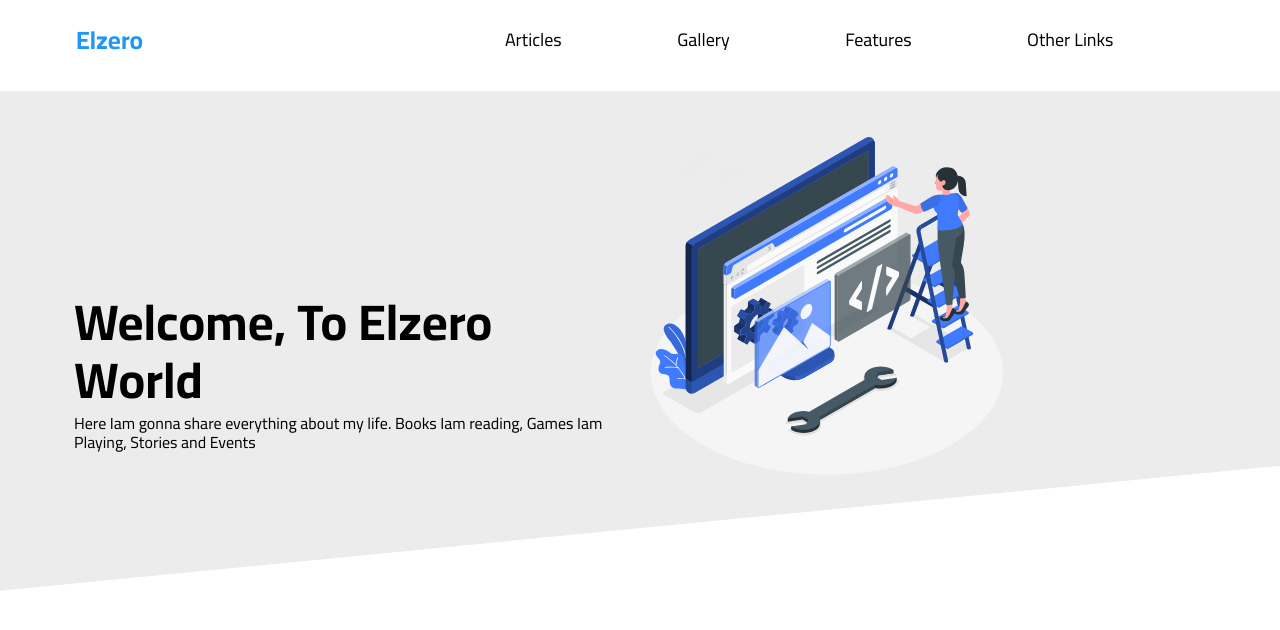
Repository: Toqa-25/elzeroAcdemey-Templete
Page: index.html
The author's editor kept a copy of each file at every save. The page is drawn from the files as they stood at one save, then again after a run of saves.
The browser window is 1280 px wide. The pictures show the whole page.

Above is the page before, as saved 2022-01-16 21:42:21.

### index.html
<!DOCTYPE html>
<html lang="en">
<head>
    <meta charset="UTF-8">
    <meta http-equiv="X-UA-Compatible" content="IE=edge">
    <meta name="viewport" content="width=device-width, initial-scale=1.0">
    <!-- normalize file -->
    <link rel="stylesheet" href="css/normalize.css">
    <!-- css files -->
    <link rel="stylesheet" href="css/style.css">
    <!-- fontAwosem file -->
    <link rel="stylesheet" href="css/all.min.css">
     <!-- font files -->
     <link rel="preconnect" href="https://fonts.googleapis.com">
    <link rel="preconnect" href="https://fonts.gstatic.com" crossorigin>
    <link href="https://fonts.googleapis.com/css2?family=Cairo:wght@200;400;700;800;900&display=swap" rel="stylesheet">
    <!-- page title -->
    <title>templete 3</title>
</head>
<body>
    <!-- header section -->
    <header id="" class="">
        <div class="container">
            <div class="header-content">
                <div class="header-content-logo">
                    <a href="index.html" class="logo link-none">Elzero</a>
                </div>
                <nav>
                    <ul class="nav-list unlist">
                        <li class="nav-list-item"> <a href="" class="link-none  link-style" id="articles">articles</a></li>
                        <li class="nav-list-item"> <a href="" class="link-none  link-style" id="gallery">gallery</a></li>
                        <li class="nav-list-item"> <a href="" class="link-none  link-style" id="features">features</a></li>
                        <li class="nav-list-item" id="parent-other-links"> <a href="javascript:;" class="link-none  link-style " >other links</a>
                            <div class="other-links " id="child-other-links">
           <div class="other-links-content">
            <div class="other-links-content-img">
                <img src="images/header/Video files-amico.svg" alt="">
            </div>

            <ul class="other-links-list unlist">
            <div class="other-links-list-group-one">
              <li id="" class="other-links-list-item"><a href="" class="link-none  link-style "><i class="far fa-comments"></i> testimonials</a></li>
              <li id="" class="other-links-list-item"><a href="" class="link-none  link-style "><i class="far fa-user"></i> team member</a></li>
              <li id="" class="other-links-list-item"><a href="" class="link-none  link-style"><i class="far fa-building"></i> services</a></li>
              <li id="" class="other-links-list-item"><a href="" class="link-none  link-style"><i class="far fa-check-circle"></i> our skils</a></li>
              <li id="" class="other-links-list-item"><a href="" class="link-none  link-style"><i class="far fa-clipboard"></i> how it work</a></li>
            </div>
            <div class="other-links-list-group-one">
                <li id="" class="other-links-list-item"><a href="" class="link-none  link-style"><i class="far fa-calendar-alt"></i> events</a></li>
                <li id="" class="other-links-list-item"><a href="" class="link-none  link-style"><i class="fas fa-server"></i> pricing planes</a></li>
                <li id="" class="other-links-list-item"><a href="" class="link-none  link-style"><i class="far fa-play-circle"></i> top video</a></li>
                <li id="" class="other-links-list-item"><a href="" class="link-none  link-style"><i class="fas fa-chart-bar"></i> states</a></li>
                <li id="" class="other-links-list-item"><a href="" class="link-none  link-style"><i class="fas fa-percent"></i> request a discount</a></li>
            </div>
        </ul>
       </div>
       </div>
                        </li>

                    </ul>
                </nav>
            </div>
        </div>
    </header>
    <!-- welcom section -->
    <section id="welcome" class="welcome">
        <div class="container">
            <div class="welcome-content">
                <div class="welcome-content-info">
                    <h1 class="welcome-content-info-head">welcome, to elzero world</h1>
                    <p class="welcome-content-info-text">Here Iam gonna share everything about my life. Books Iam reading, Games Iam Playing, Stories and Events</p>
                </div>
                <div class="welcome-content-img">
                    <img src="images/welcome/Website setup-amico.svg" alt="" srcset="">
                </div>
            </div>
        </div>

    </section>


       <script src="script.js">

       </script>
</body>
</html>

### css/style.css
 /*
  - container
  -section head

 */
 /* global style */
 :root{
     /* --main-color:#45B2F8; */
     --main-color:#2196F3;
     --s-background:#ececec54;
     --f-background:#ececec;
     --p-color:#D6ECEC;
 }

 *{
     box-sizing: border-box;
     margin: 0;
     padding: 0;
 }
html , body{
    width: 100%;
    height: 100%;
    margin: 0;
    padding: 0;
    overflow: hidden;
}
 body{
     font-family: "Cairo", sans-serif;
 }
 .container{
      width: 90%;
      margin:0 auto;
      /* padding: 15px 0; */
 }
 .link-none{
     text-decoration: none;
 }
 .unlist{
     list-style: none;
 }
 .link-style{
    font-size: 18px;
    text-transform: capitalize;
 }

 /* header style */
 header{
   margin-bottom: 10px;
 }
.header-content{
    display: flex;
    justify-content: space-between;
    align-items: center;
    padding: 10px 12px ;
    margin-bottom: 10px;
}
.logo{
    font-weight: bolder;
    font-size:25px;
    color:var(--main-color)
}

nav{
    width: 70%;
}
.nav-list{
    display: flex;
    justify-content: space-evenly;
    align-items: center;
}
.nav-list-item {
    cursor: pointer;
    color:#000;
    padding: 20px  25px;
    position: relative;
    transition: background-color .2s ;
    -webkit-transition: background-color .2s ;
    -moz-transition: background-color .2s ;
    -ms-transition: background-color .2s ;
    -o-transition: background-color .2s ;
}
.nav-list-item::before{
    content: "";
    height: 3px;
    width: 0;
    background-color: var(--main-color);
    position: absolute;
    top: 0px;
    left: 0;
    transition: width .6s;
    -webkit-transition: width .6s;
    -moz-transition: width .6s;
    -ms-transition: width .6s;
    -o-transition: width .6s;
}
.nav-list-item a{
        color:#000;
}

.nav-list-item:hover  {
    background-color: var(--s-background);
}
.nav-list-item:hover  a {
    color:var(--main-color);
}
.nav-list-item:hover::before{
        width: 100%;
}
#parent-other-links{
    position: relative;
}
#parent-other-links:hover #child-other-links{
    transform:translateY(20px) ;
    -webkit-transform:translateY(20px) ;
    -moz-transform:translateY(20px) ;
    -ms-transform:translateY(20px) ;
    -o-transform:translateY(20px) ;
}
/* media query for header*/
@media (max-width:767px){
    .header-content{
        flex-direction:column ;
        padding:5px 12px;
}
.header-content-logo{
    margin-bottom: 5px;
}
nav{
    width: 80%;
}
.nav-list-item{
    padding:17px 10px;
}
.nav-list-item a{
    font-size: 15px;
}
}
                       /*************************************/
/* style for other links */
.other-links{
 /*margin-top: 10px;
 */margin: 10 auto;
 transform: translatey(1000%);
 -webkit-transform: translatey(1000%);
 -moz-transform: translatey(1000%);
 -ms-transform: translatey(1000%);
 -o-transform: translatey(1000%);
 transition: transform .5s;
 -webkit-transition: transform .5s;
 -moz-transition: transform .5s;
 -ms-transition: transform .5s;
 -o-transition: transform .5s;
}
.other-links-content{
    display: flex;
    border-bottom: 4px solid var(--main-color);
    border-top: 2px solid var(--s-background);
}
.other-links-content-img{
    margin:auto;
}
.other-links-content-img img{
    width: 100%;
}
.other-links-list{
    width:55%;
    display: flex;
    justify-content: space-between;
    padding: 10px;
    align-items: center;
}
.other-links-list-group-one{
    width:45%
}
.other-links-list-item{
    padding: 15px ;
    border-bottom: 1px solid rgba(0, 0, 0, 0.337);
    position: relative;
    cursor: pointer;

}
.other-links-list-item:last-child{
    border:none;
}
.other-links-list-item::before{
    content:"";
    position: absolute;
    top: 0;
    left: 0;
    height: 100%;
    width: 0%;
    background-color: var(--s-background);
    transition:width .5s;
    -webkit-transition:width .5s;
    -moz-transition:width .5s;
    -ms-transition:width .5s;
    -o-transition:width .5s;
}
.other-links-list-item:hover::before{
    width: 100%;
}
.other-links-list-item a{
    font-weight: bold;
    color:var(--main-color)
}
.other-links-list-item > a > i{
 margin-right: 10px;
}
.other{
    transform: translatey(20px);
    -webkit-transform: translatey(20px);
    -moz-transform: translatey(20px);
    -ms-transform: translatey(20px);
    -o-transform: translatey(20px);
}
#child-other-links{
    width:85vw;
    position: absolute;
    right: 5px;
    /* background-color: violet; */
}
@media(max-width:991px){
    #child-other-links{
     width:87vw;
    }
     .other-links-content-img{
        display: none;
    }
    .other-links-list{
        width: 100%;
    }
}
@media(max-width:767px){
    #child-other-links{
        width:100vw;
        margin-right: -166px;
    }
     .other-links-list{
        flex-direction: column;
    }
        .other-links-list-group-one{
    width:100%;
}
.other-links-list-item:last-child{
    border-bottom: 1px solid rgba(0, 0, 0, 0.337);
}
 .other-links-list-item a{
     font-size: 18px;
 }
}
/********************************************************************************************/
/* style for other welcome section */

.welcome{
    /* background-color: var(--s-background);
    clip-path: polygon(0 0, 100% 0, 100% 35%, 0 70%);
    margin-bottom: 500px; */
    /* background-color: var(--s-background);
    clip-path: polygon(0 0, 100% 0, 100% 35%, 0 70%);
    margin-bottom: 500px; */
   background-color: var(--f-background);
    clip-path: polygon(0 0, 100% 0, 100% 75%, 0 100%);
    height: 500px;
    padding: 20px 0px;
    margin-bottom: 500px;

}

.welcome-content{
    display: flex;
}
.welcome-content-info{
    width:50%;
    padding: 150px 10px;
}
.welcome-content-info-head {
    font-size: 50px;
    text-transform: capitalize;
    margin-bottom: 5px;
}
.welcome-content-info-text{
    color:
}
.welcome-content-img{
    width:50%
}
.welcome-content-img img{
    width:65%
}

### script.js
let otherParent = document.getElementById("parent-other-links");
let otherChild = document.getElementById("child-other-links");
otherParent.onclick = function () {
  otherChild.classList.toggle("other");
};

Loaded but not shown: css/normalize.css (library); css/all.min.css (library)

After the next 2 saves:
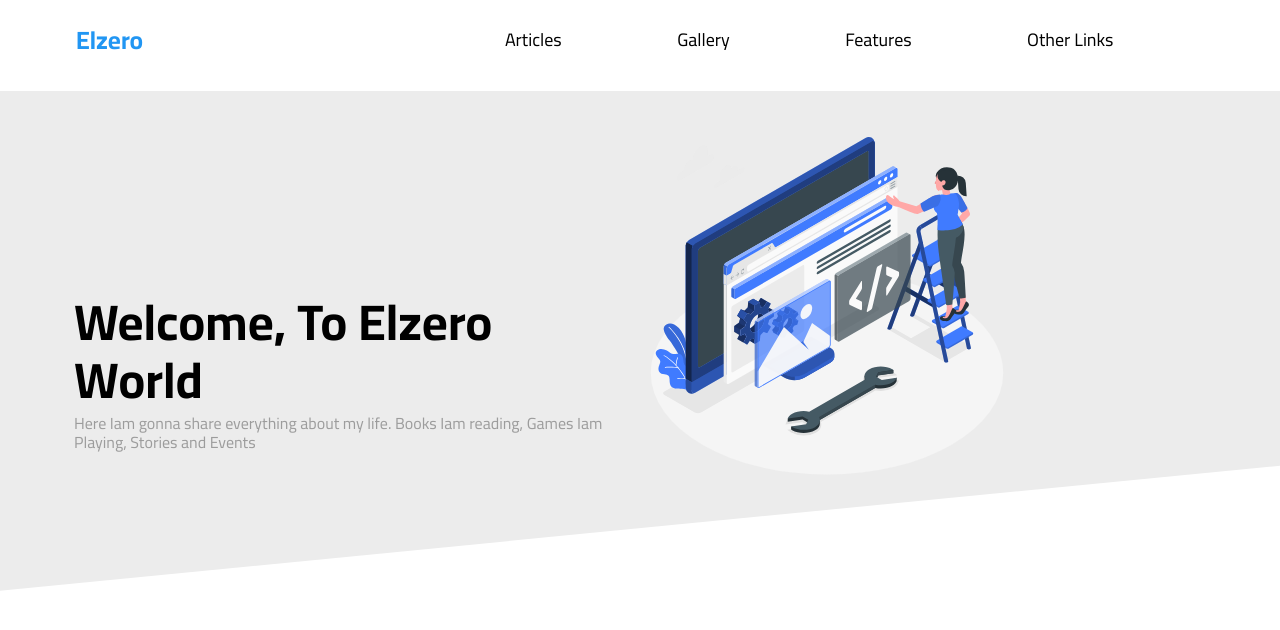
The 2 saves are shown as one change because they came seconds apart.
The last was saved 26 s later.
--- a/css/style.css
+++ b/css/style.css
@@ -279,7 +279,7 @@ nav{
     margin-bottom: 5px;
 }
 .welcome-content-info-text{
-    color:
+    color:rgba(0, 0, 0, 0.337);
 }
 .welcome-content-img{
     width:50%
